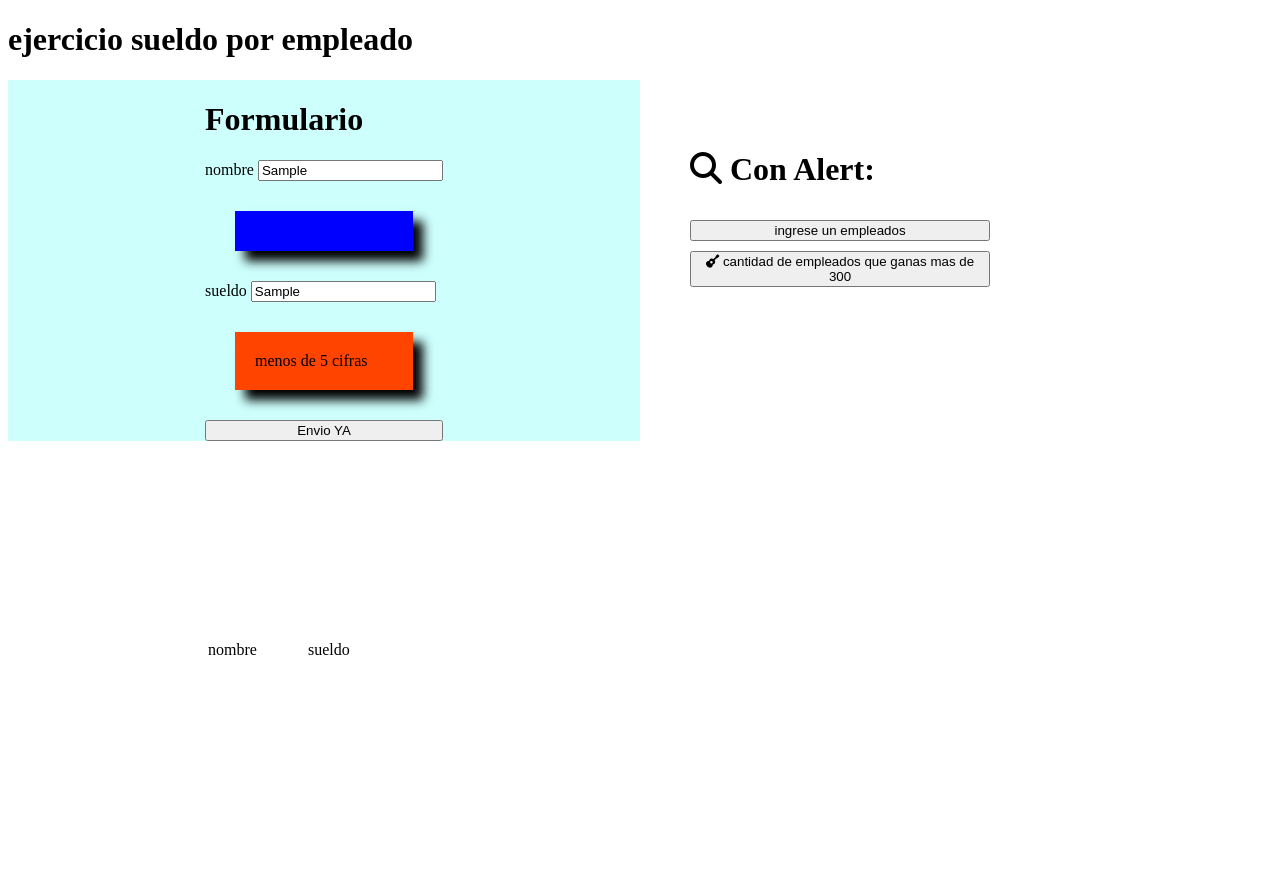
Repository: wolfmarcos/Ej-FormSesionEmpleados
Page: index.html
These files come from the project's save history. The page is drawn as it stood at one moment and after the next save; the edit follows.
The browser window is 1280 px wide. The pictures show the whole page.
Empty fields were first filled with sample values (such as "Sample", 5 or name@example.com).
After loading, the first visible `#form` was submitted once.
Some web libraries are served in a nearby version.

Above is the page before, as saved 2022-07-31 04:43:24.

### index.html
<!DOCTYPE html>
<html lang="en">

<head>
    <script src="https://kit.fontawesome.com/708068a0d3.js" crossorigin="anonymous"></script>
    <meta charset="UTF-8">
    <meta http-equiv="X-UA-Compatible" content="IE=edge">
    <meta name="viewport" content="width=device-width, initial-scale=1.0">
    <link rel="stylesheet" href="ej1.css">

    <title>Document</title>
</head>


    <h1>ejercicio sueldo por empleado</h1>
<header>



    <form  class="forms"  id="form" name="form" method="post">

    <h1>Formulario</h1>

    <div class="h">
        <leibel>nombre</leibel>
        <input id="nombres" type="text" maxlengt="10" placeholder="nombre" class="i"></imput>
        <p class="nota"></p>

    </div>
       <div class="h">

           <leibel>sueldo</leibel>
           <input id="sueldos" type="text" maxlengt="19" placeholder="sueldo" class="i" ></imput>
           <p class="nota"></p>

       </div>


        <input type="submit" value="Envio YA">
            <!-- <button type="submit" >ENVIAR</button> -->


    </form>





<div class="alet">

       <h1><i class="fa-solid fa-magnifying-glass"></i> Con Alert:</h1>

    <button id="agregarHTML">ingrese un empleados</button>

    <button id="empleadosMas300">
        <i class="fa-solid fa-guitar"></i>
        cantidad de empleados que ganas mas de 300 </button>



</div>




</header>
<main>
    <div class="contenedorR">
        <div>nombre</div>
        <div>sueldo</div>
        <div class="datos"></div>

    </div>

</main>
    <script src="ej1.js"></script>
</body>

<div>
    <br>




</div>



</html>

### ej1.css
header {
  display: grid;
  grid-template-columns: repeat(2, 1fr);

}

.contenedorR {
  display: grid;
  grid-template-columns: repeat(2, 100px);
  /* gap:10px */
  padding: 200px;
}

/* .ok .nota{display: none;} */
/* .ok letra{  border-bottom: solid 1px rgb(14, 148, 34);box-shadow: 1px 1px 3px 1px green;} */


/* .b input{border-bottom: solid 2px rgb(0, 0, 0)} */

.forms {
  display: grid;
  justify-content: center;
  align-items: center;
background-color: rgb(205, 255, 253);

}
/* .forms .nota{visibility: hidden;} */

/* .forms  .nota{  background-color: blueviolet;  } */
.alet {
  display: flex;
  flex-direction: column;
  /* align-items: flex-start */
  max-width: 300px;
  padding: 50px;
  gap: 10px;
}
 /* .d.h.nota{visibility: hidden;} */
/* .b.borde{border-bottom: solid 5px brown;} */
.forms .h .nota{
  background-color: blue;
  padding: 20px;
  margin: 30px;
  box-shadow: 10px 10px 10px;
  /* visibility: visible; */
  /* position: absolute;
  font-size: 20000px;
  font-weight: 500;
  text-align: right; */

}
 .h .v .nota{
  background-color: rgb(255, 68, 0)

  /* visibility: visible; */
}


/* .forms.ok input {  border: 0.1px solid;  border-color: #08ffc8;} */
/* .agrega  {  background-color: blueviolet;  visibility: visible;  color:#e74c3c;} */

### ej1.js
// En una empresa trabajan n empleados cuyos  nombre y sueldo se carga por un formulario desde el celular. sueldos oscilan entre $100 y $500,
//  realizar un programa que lea los sueldos que cobra cada empleado e informe cuántos empleados cobran menos de  $200  en una tabla y mas de $300  en otra tabla
//  recuerde cargar los datos como  un nuevo objeto. Además el programa deberá informar el importe que gasta la empresa en sueldos total del personal.
let aprobados = 0;
let i = 0;
let repeticion = true;
resu = document.querySelector(".contenedorR2")

datos = document.querySelector(".datos")
// let arrayDesaprobados = []
const empleados = [];
let resud = "";
let nombres = document.querySelector("#nombres");
let sueldos = document.querySelector("#sueldos");

// reseteo
const forms=document.querySelector(".forms")

// email.conten(/\w+@+\./)

valdarCampos = (nombres,sueldos) => {


    let declaracion = true
    console.log(nombres.value)

    if (!nombres.value) {
        declaracion =  formNul(nombres, "llene los campos")
    }
    if (!sueldos.value) {
        declaracion = formNul(sueldos, "ingrese una cifra")
    } else {
        if (!isNaN(sueldos)) {
            declaracion = formNul(sueldos, "no es numero")
        }
    }
    if (sueldos.value.length > 4) {
        declaracion = formNul(sueldos, "menos de 5 cifras")
    }
       if (nombres.value.length > 10) {
        declaracion = formNul(nombres, "menos de 10 caracteres")
    }
    if (nombres.value.length < 3) {
        declaracion = formNul(nombres, "mas de 3 caracteres")
    }
    // if (nombre.test(".")) {alert("NO")}else{     error=1}
    if (/^[a-zA-Z0-9\_\-]{4,16}$/.test(nombres.value))
     {
        console.log("correcto"+/^[a-zA-Z0-9\_\-]{4,16}$/.test(nombres.value)) }
       else{ console.log("incorrecto:" + /^[a-zA-Z0-9\_\-]{4,16}$/.test(nombres.value));
        declaracion = formNul(nombres, "solo letra y numeros ")
    }
    console.log(declaracion)

    return (true == declaracion)
}

formNul = (inputs, error) => {
    const suPadre = inputs.parentElement
    const donde = suPadre.querySelector("p")
    // const errores=0  .agrega p
    donde.innerText = error;

    // donde.className = 'agrega'
    // donde.classList.add("agrega")
    suPadre.classList.add("v")
    return false
}
// // const remover=document.querySelector(".forms div")
// let nr2=remover[0].children
// let nr1=remover[1].children




forms.addEventListener("submit", (e) => {
    let verifica=true
    // nr1[1].classList.replace("borde","b")
    //  nr2[1].classList.replace("borde","b")
    // forms.classList.remove("p")
    forms.className = 'forms h'

    //  forms.classList.add("p")
    // remover.classList.replace("borde","b")
    e.preventDefault();

     verifica = valdarCampos(nombres,sueldos);
    console.log("final :" + verifica)
    if (verifica) {
        nombre = nombres.value
        sueldo = sueldos.value


        //   empleados[i]=[nombre,sueldo,(i+"pepito") ] ;
        //  empleados[i].push(nombre,sueldo );


        //   localStorage
        empleados[i] = {
            nomebres: nombre,
            sueldos: sueldo,
            id: (i + "pepito")
        }
        sessionStorage.setItem(i, i++)
        sessionStorage.setItem('empleadoss', empleados)
        // repeticion=confirm("ingresar otro  empleado")
        //   Object.values()
        // empleados[0]=sessionStorage.getItem('empleadoss')


        console.log(empleados)
        console.log(sessionStorage.getItem(i))

        //  for (let cada of empleados){console.log(cada.sueldos);};
        //   localStorage.href="#"
        // location
        nombres.value="";
        sueldos.value="";
        // forms.classList.add("ok")
        // forms.classList.add("f")
    }
    // else {

    //     forms.classList.add("f")
    //   }








});







// let emp = new Empleados;
document.querySelector("#agregarHTML").addEventListener("click", (e) => {
    nombre = nombres.value
    sueldo = sueldos.value

    while (repeticion == true) {
        let nombre = prompt("empleado: ");
        let sueldo = parseInt(prompt("sueldo: "));
        //   empleados[i]=[nombre,sueldo,(i+"pepito") ] ;
        //  empleados[i].push(nombre,sueldo );
        empleados[i] = {
            nomebres: nombre,
            sueldos: sueldo,
            id: (i + "pepito")
        }
        i = i + 1;
        repeticion = confirm("ingresar otro  empleado")
    };
    //   Object.values()
    for (let cada of empleados) {
        console.log(cada.sueldos);
    };


});


// empleados.forEach( cada => console.log( cada["nomebres"]));


document.querySelector("#empleadosMas300").addEventListener("click", (e) => {
    console.log(typeof empleados[0].sueldos)
    const emas300 = empleados.filter((x) => x.sueldos > 300)
    console.log(emas300)
    for (let cada of emas300) {
        console.log(cada[1]);
    };


    for (n of emas300) {
        resud += `<div>${n.nomebres}</div>  <div>${n.sueldos}</div>`
        // '<div>'+n.nomebres+'</div>'+'<div>'+n.sueldos+'</div>'

        //     <div>${n.nomebres}</div>
        //      <div>${n.sueldos}</div>

        console.log(resud)

    }

    // datos.outerHTML=
    // `<div class="contenedorR">
    // <div>nombre</div>
    // <div>sueldo</div>
    // ${resud}
    // </div>`

    datos.outerHTML = resud;



})



// let sueldo= parseFloat(prompt("suldo: "));
//  new emp(nombre,sueldo)

// console.log("aprobaron: " + aprobados)
// console.log(arrayAprobados);
// console.log("desaprobaron: " + desaprobados)
// console.log(arrayDesaprobados);

After the next save:
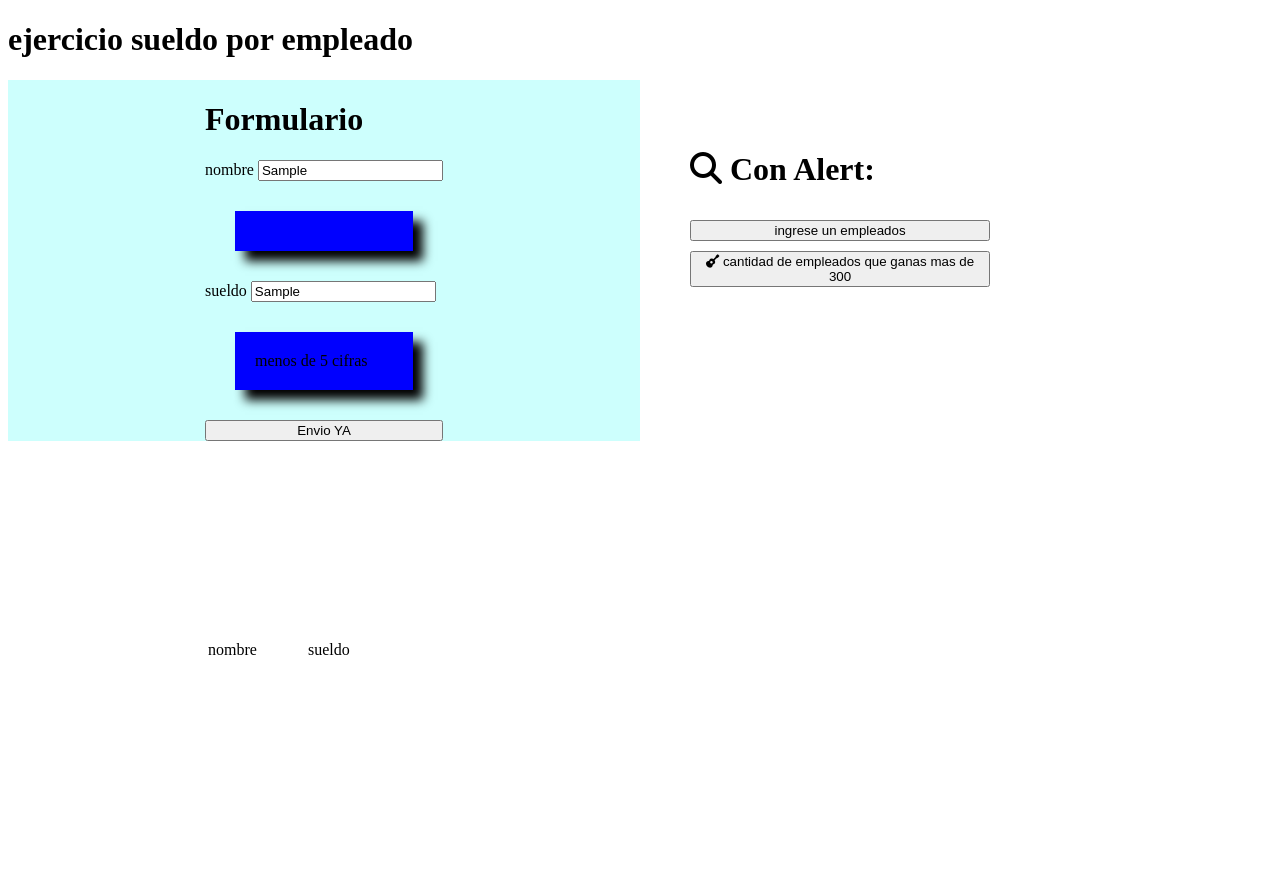
Saved 5 s later.
--- a/ej1.css
+++ b/ej1.css
@@ -49,7 +49,7 @@ background-color: rgb(205, 255, 253);
   text-align: right; */
 
 }
- .h .v .nota{
+ .h  .nota{
   background-color: rgb(255, 68, 0)
 
   /* visibility: visible; */
